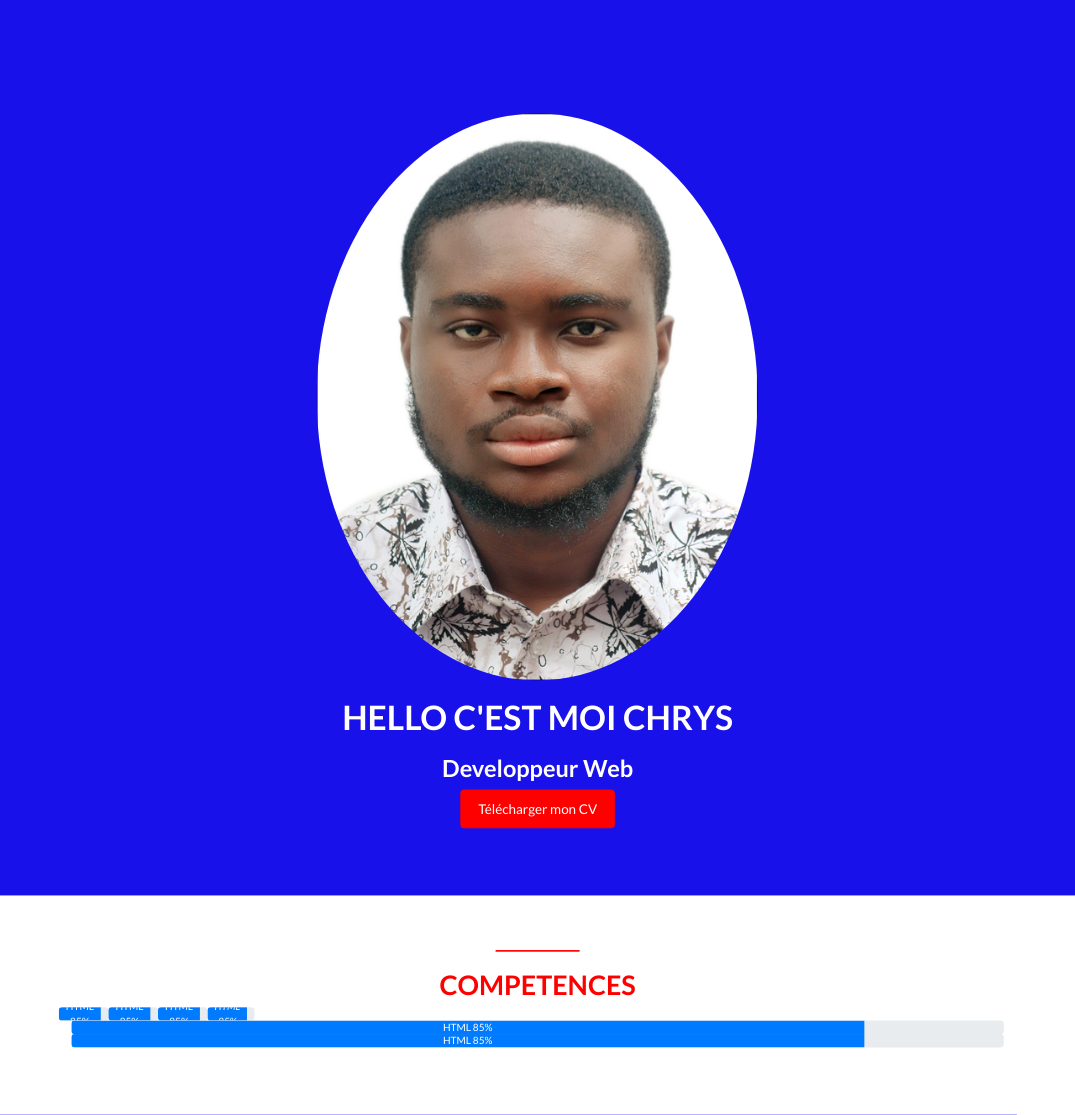
Repository: CHRYSOVR/CV_en_ligne_Interactif
Page: index.html
These files come from the project's save history. The page is drawn as it stood at one moment and after the next save; the edit follows.
The browser window is 1280 px wide. The pictures show the whole page, at 84% of full size.

Above is the page before, as saved 2025-07-07 16:31:45.
Console error: TypeError: Cannot read properties of undefined (reading 'fn')

### index.html
<!DOCTYPE html>
<html lang="fr">
<head>
    <meta charset="UTF-8">
    <meta name="viewport" content="width=device-width, initial-scale=1.0">
    <link rel="preconnect" href="https://fonts.googleapis.com">
<link rel="preconnect" href="https://fonts.gstatic.com" crossorigin>
<link href="https://fonts.googleapis.com/css2?family=Lato:ital,wght@0,100;0,300;0,400;0,700;0,900;1,100;1,300;1,400;1,700;1,900&display=swap" rel="stylesheet">
<link rel="stylesheet" href="https://cdn.jsdelivr.net/npm/bootstrap@4.0.0/dist/css/bootstrap.min.css" integrity="sha384-Gn5384xqQ1aoWXA+058RXPxPg6fy4IWvTNh0E263XmFcJlSAwiGgFAW/dAiS6JXm" crossorigin="anonymous">
<script src="https://cdn.jsdelivr.net/npm/bootstrap@4.0.0/dist/js/bootstrap.min.js" integrity="sha384-JZR6Spejh4U02d8jOt6vLEHfe/JQGiRRSQQxSfFWpi1MquVdAyjUar5+76PVCmYl" crossorigin="anonymous"></script>
    <link rel="stylesheet" href="css/style.css">
    <script src="js/script.js"></script>
    <title>CV SANNE-TIA</title>
</head>
<body>
  <section id="about" class="container-fluid">
    <div  class=" col-8 col -lg-4 profile-picture" >
        <img src="images/Me.JPG" alt="photo sanne-tia" class="rounded-circle">
    </div>
    <div class="heading">
        <h1>Hello c'est moi Chrys</h1 >
             <h3>Developpeur Web</h3>
     <a href="documents/CV_Sanne-Tia.pdf" class="btn btn-danger" target="_blank">Télécharger mon CV</a>
  </div>
    </section>
    <section id="skills">
<div class="divider"></div>
<div class="heading">
    <h2>Competences</h2>
</div>
<div class="container">
    <div class="row">
       <div class="progress">
  <div class="progress-bar" role="progressbar" style="width: 85%;" aria-valuenow="85" aria-valuemin="0" aria-valuemax="100">HTML 85%</div>
</div>
 <div class="progress">
  <div class="progress-bar" role="progressbar" style="width: 85%;" aria-valuenow="85" aria-valuemin="0" aria-valuemax="100">HTML 85%</div>
</div>
 <div class="progress">
  <div class="progress-bar" role="progressbar" style="width: 85%;" aria-valuenow="85" aria-valuemin="0" aria-valuemax="100">HTML 85%</div>
</div>
<var><var> <div class="progress">
  <div class="progress-bar" role="progressbar" style="width: 85%;" aria-valuenow="85" aria-valuemin="0" aria-valuemax="100">HTML 85%</div>
</div> </var></var>
    </div>
     <div class="progress">
  <div class="progress-bar" role="progressbar" style="width: 85%;" aria-valuenow="85" aria-valuemin="0" aria-valuemax="100">HTML 85%</div>
</div>
 <div class="progress">
  <div class="progress-bar" role="progressbar" style="width: 85%;" aria-valuenow="85" aria-valuemin="0" aria-valuemax="100">HTML 85%</div>
</div>
</div>





    </section>
</body>
</html>

### css/style.css
/*GENERAL*/

body{
    font-family: 'Lato', sans-serif;

}
h1,h2,h3,h4,h5,h6{
    font-weight: bold;


}
.divider{
    width: 100px;
    height: 2px;
    background-color: #ff0000;
    margin:0 auto 20px ;
}
/*ABOUT*/
#about{
    background-color: #1911e9;

}
.profile-picture{
    text-align: center;
    margin: 70px auto 0;

}
section{
padding: 65px 0 80px 0;

}
 .heading{
    text-align: center;
    color: white;
    margin-top: 20px;
}
.heading h2{
    text-transform: uppercase;
}
img{
    max-width: 100%;
    height: auto;
}
#about .heading h1{
    color: white;
    text-transform: uppercase;
    margin-bottom: 20px;

}
.btn-danger{
    background-color: #ff0000;
    border-color: #ff0000;
    color: white;
    padding: 10px 20px;
    font-size: 16px;
    text-decoration: none;
    transition: all 0.7 s ease-in 2s;
}
.btn-danger:hover{
    background:rgba(255, 255, 255, 0.137);
    border-color: #00ff11fe;
    color: white;
    padding: 10px 20px;
    font-size: 16px;
    text-decoration: none;
}
/*SKILLS*/
#skills .heading h2 {
    color:red
}

Loaded but not shown: js/script.js (no stored copy; drawn as an empty file)

After the next save:
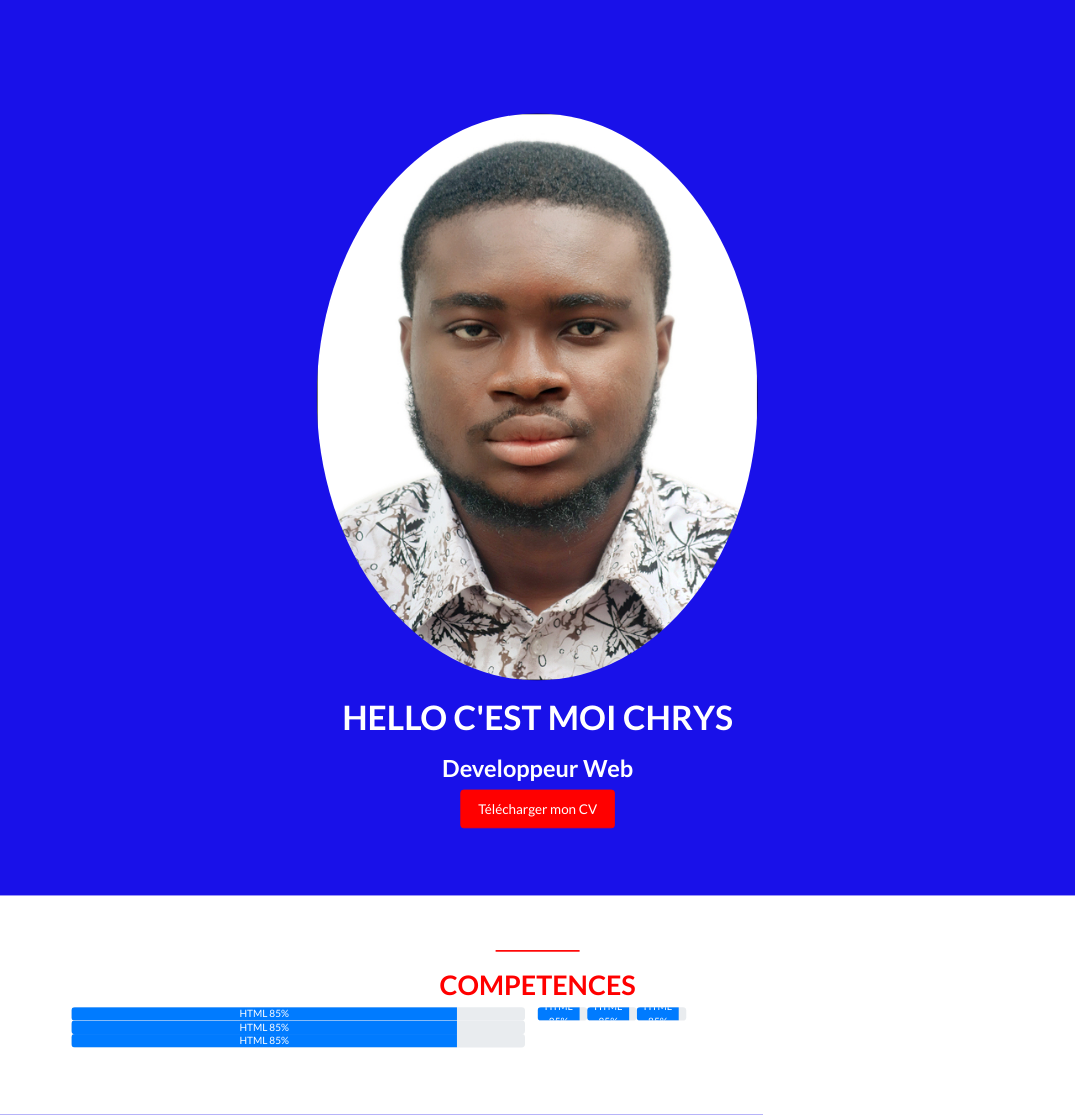
Saved 3 min 35 s later.
--- a/index.html
+++ b/index.html
@@ -30,7 +30,8 @@
 </div>
 <div class="container">
     <div class="row">
-       <div class="progress">
+        <div class="col-lg-6">
+            <div class="progress">
   <div class="progress-bar" role="progressbar" style="width: 85%;" aria-valuenow="85" aria-valuemin="0" aria-valuemax="100">HTML 85%</div>
 </div>
  <div class="progress">
@@ -39,7 +40,9 @@
  <div class="progress">
   <div class="progress-bar" role="progressbar" style="width: 85%;" aria-valuenow="85" aria-valuemin="0" aria-valuemax="100">HTML 85%</div>
 </div>
-<var><var> <div class="progress">
+<var><var>
+        </div>
+        <div><div class="progress">
   <div class="progress-bar" role="progressbar" style="width: 85%;" aria-valuenow="85" aria-valuemin="0" aria-valuemax="100">HTML 85%</div>
 </div> </var></var>
     </div>
@@ -48,7 +51,8 @@
 </div>
  <div class="progress">
   <div class="progress-bar" role="progressbar" style="width: 85%;" aria-valuenow="85" aria-valuemin="0" aria-valuemax="100">HTML 85%</div>
-</div>
+</div> </div>
+
 </div>
 
 
